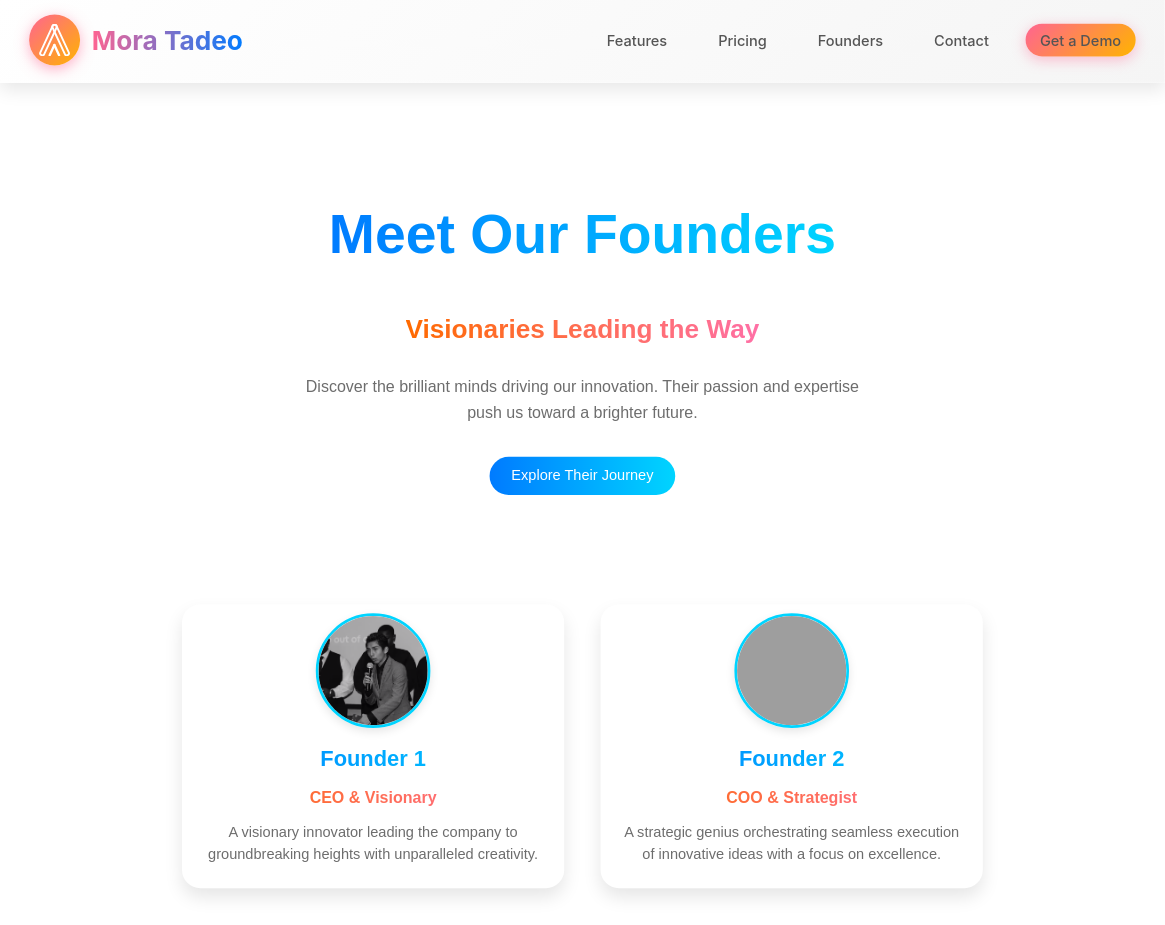
Repository: AbrahamM007/moratadeo
Page: /founders
These files come from the project's save history. The page is drawn as it stood at one moment and after a run of saves; the edit follows.
The browser window is 1280 px wide. The pictures show the whole page, at 91% of full size.
Pictures or frames that could not be fetched are drawn as grey boxes. The project was rebuilt for these pictures with package versions that can differ from the ones it lists, and the page was loaded fresh each time. Also part of the build but not shown: src/HeroSection.css, src/HeroSection.js, src/InfoSection.css, src/InfoSection.js, src/RoadmapSection.css, src/RoadmapSection.js, src/DesignPhaseSection.js, src/HeroBanner.js and 7 more.

Above is the page before, as saved 2025-01-12 22:43:53.

After the next 2 saves:
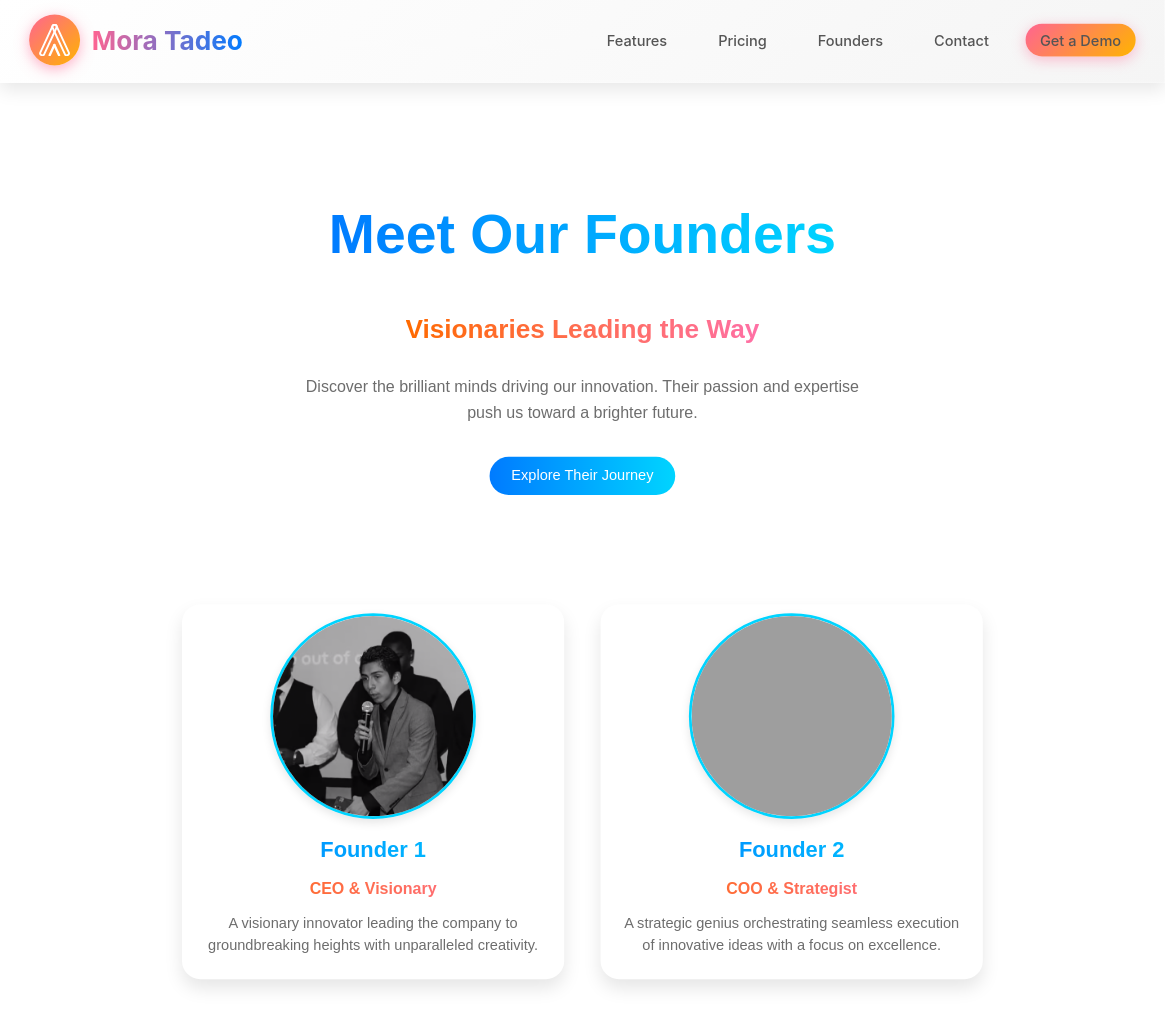
The 2 saves are shown as one change because they came seconds apart.
The last was saved 16 s later.
--- a/src/FoundersPage.css
+++ b/src/FoundersPage.css
@@ -92,8 +92,8 @@
   /* Founder Image Styling */
   .founder-image-container {
     position: relative;
-    width: 120px;
-    height: 120px;
+    width: 220px;
+    height: 220px;
     overflow: hidden;
     border-radius: 50%;
     box-shadow: 0 4px 10px rgba(0, 0, 0, 0.1);
